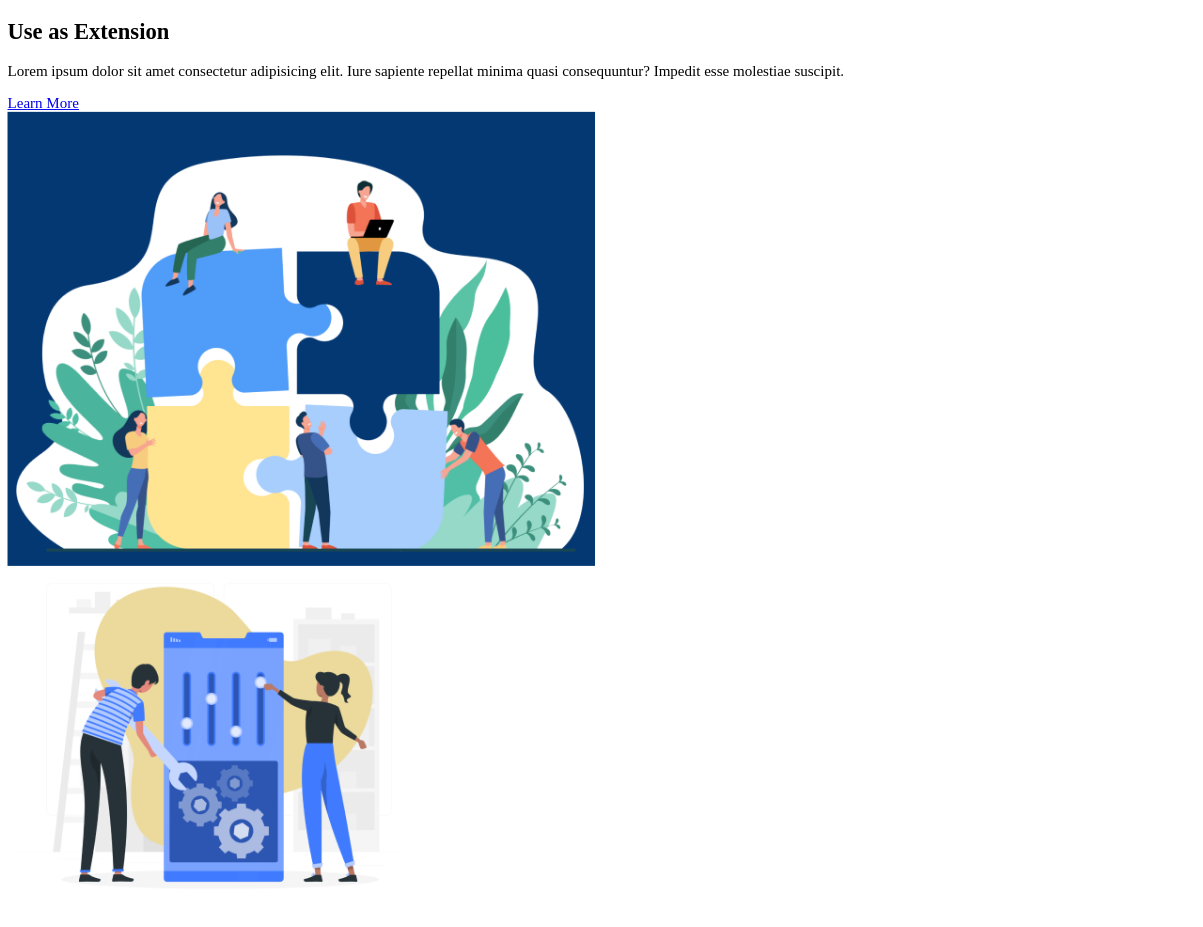
Repository: rinesagajtani0/whitespace_saas
Page: index.html
The author's editor kept a copy of each file at every save. The page is drawn from the files as they stood at one save, then again after the next save.
The browser window is 1280 px wide. The pictures show the whole page, at 94% of full size.

Above is the page before, as saved 2025-11-01 15:51:22.

### index.html
<!DOCTYPE html>
<html lang="en">
  <head>
    <meta charset="UTF-8" />
    <meta name="viewport" content="width=device-width, initial-scale=1.0" />
    <title>Document</title>
    <link rel="stylesheet" href="style.css" />
  </head>
  <body>
    <section class="hero hero-blue">
      <div class="hero__container">
        <div class="hero__content">
          <h2 class="hero__title">Use as <span>Extension</span></h2>
          <p class="hero__text">
            Lorem ipsum dolor sit amet consectetur adipisicing elit. Iure
            sapiente repellat minima quasi consequuntur? Impedit esse molestiae
            suscipit.
          </p>
           <a href="#" class="hero__btn btn btn--light">Learn More </a>
        </div>

        <div class="hero__image">
            <img src="img/foto1.png" alt="">
        </div>
      </div>
    </section>


    <section class="costumsize">
         <div class="customise__container">
             <div class="customise__image">
                <img src="img/foto2.png" alt="">
             </div>
         </div>

         <div class="customise__content">
            <h2 class="customise__title">

            </h2>
         </div>
    </section>
  </body>
</html>

Loaded but not shown: style.css (no stored copy; drawn as an empty file)

After the next save:
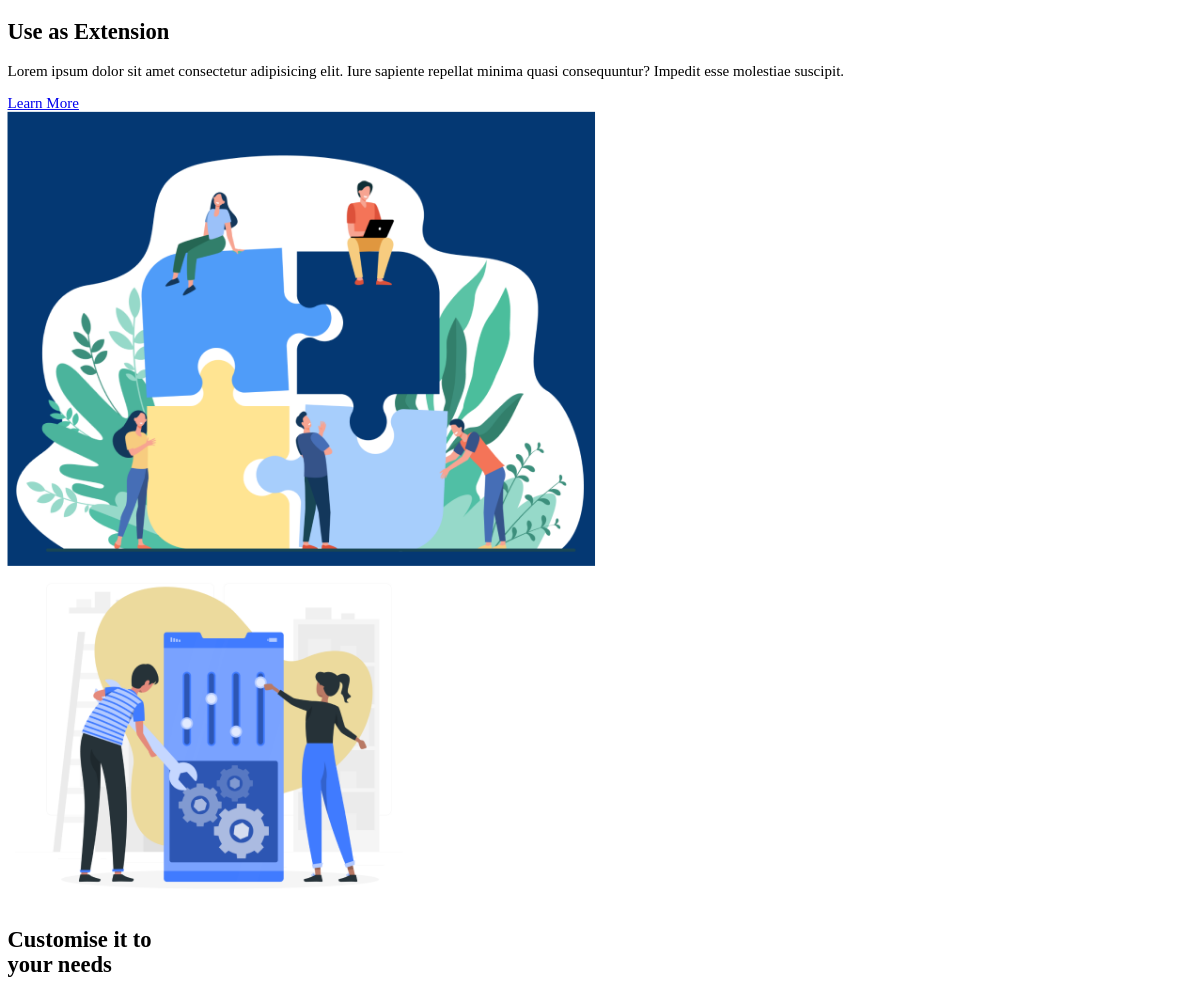
Saved 13 s later.
--- a/index.html
+++ b/index.html
@@ -16,28 +16,28 @@
             sapiente repellat minima quasi consequuntur? Impedit esse molestiae
             suscipit.
           </p>
-           <a href="#" class="hero__btn btn btn--light">Learn More </a>
+          <a href="#" class="hero__btn btn btn--light">Learn More </a>
         </div>
 
         <div class="hero__image">
-            <img src="img/foto1.png" alt="">
+          <img src="img/foto1.png" alt="" />
         </div>
       </div>
     </section>
 
+    <section class="costumsize">
+      <div class="customise__container">
+        <div class="customise__image">
+          <img src="img/foto2.png" alt="" />
+        </div>
+      </div>
 
-    <section class="costumsize">
-         <div class="customise__container">
-             <div class="customise__image">
-                <img src="img/foto2.png" alt="">
-             </div>
-         </div>
-
-         <div class="customise__content">
-            <h2 class="customise__title">
-
-            </h2>
-         </div>
+      <div class="customise__content">
+        <h2 class="customise__title">
+          Customise it to <br />
+          your needs
+        </h2>
+      </div>
     </section>
   </body>
 </html>
